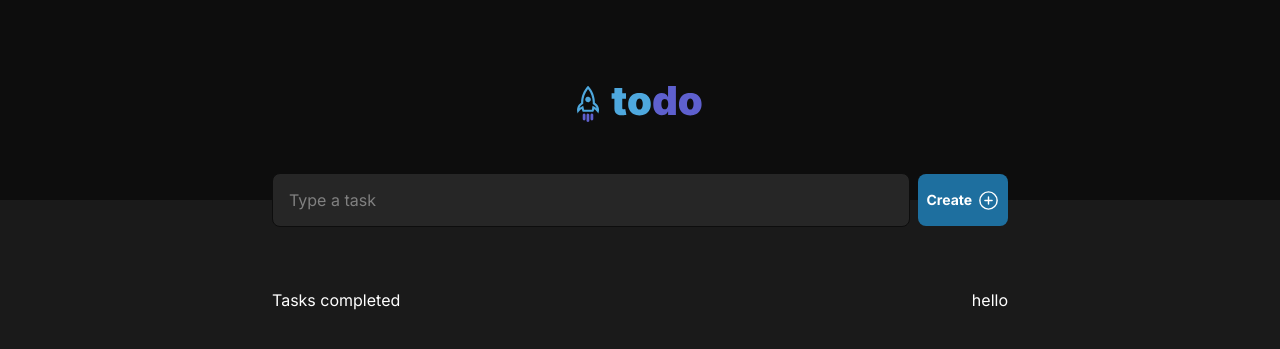
Repository: JoseGu1llardi/to-do-list-D01
Page: /
An editor plug-in stored every save of this project. The page is shown before and after the next save, followed by the edit.
The browser window is 1280 px wide. The pictures show the whole page.
The project was rebuilt for these pictures with package versions that can differ from the ones it lists, and the page was loaded fresh each time. Also part of the build but not shown: vite.config.ts.

Above is the page before, as saved 2023-03-11 14:19:37.

After the next save:
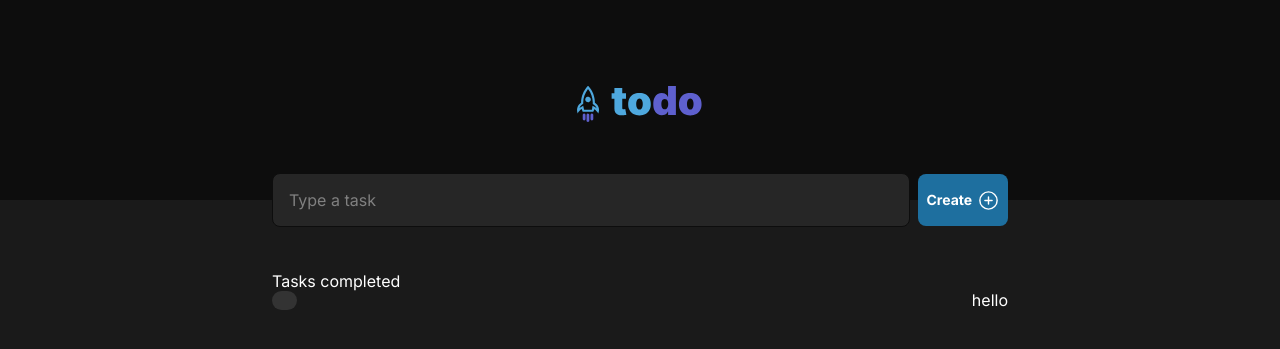
Saved 2 s later.
--- a/src/components/Tasks/index.tsx
+++ b/src/components/Tasks/index.tsx
@@ -6,6 +6,8 @@ export function Tasks() {
             <div className={styles.info}>
                 <div>
                     <span>Tasks completed</span>
+                    <div className={styles.counter}>
+                    </div>
                 </div>
                 <div>hello</div>
             </div>
